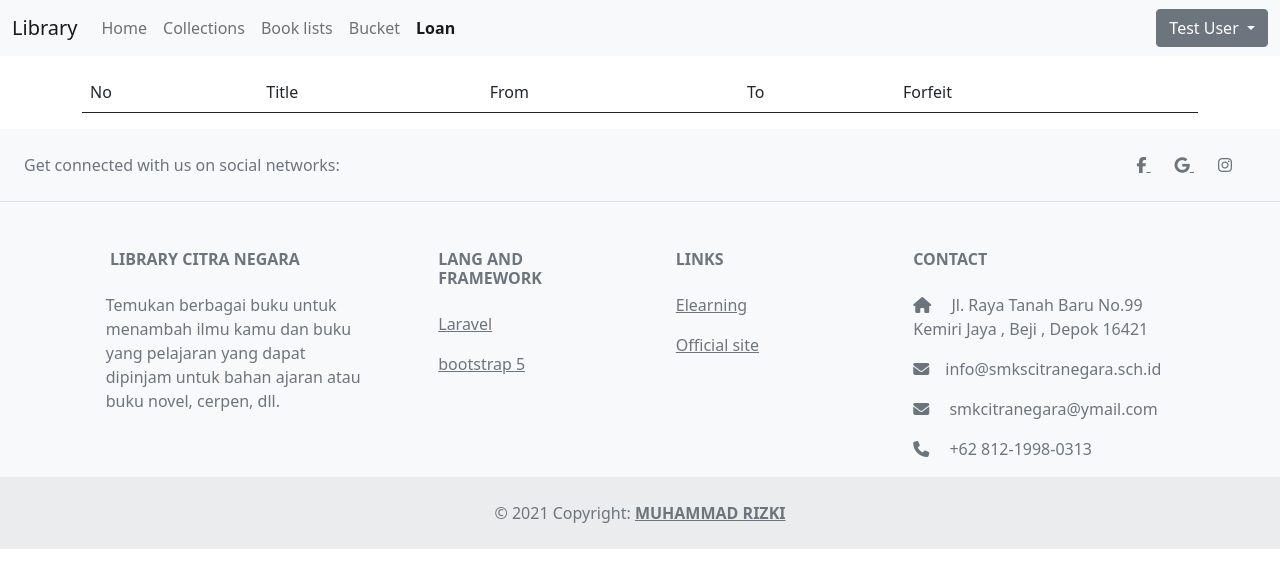
Repository: humanrizki/app-perpus-laravel-8
Page: http://localhost/loan
These files come from the project's save history. The page is drawn as it stood at one moment and after the next save; the edit follows.
The browser window is 1280 px wide. The pictures show the whole page.
Some web libraries are served in a nearby version. The page is served by the project's Laravel application, run on PHP 8.4 with Laravel 8. A made-up administrator, Test User (test@example.com), is signed in. Queries for data that is not in the repository find no rows.

Above is the page before, as saved 2021-12-01 15:55:19.

After the next save:
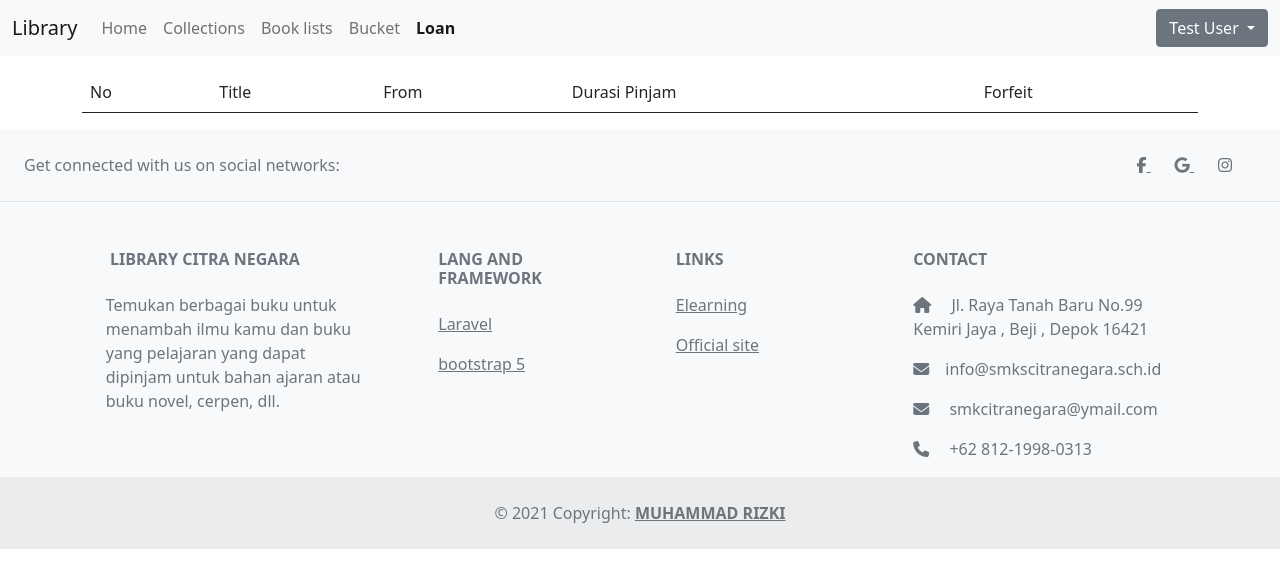
Saved 25 s later.
--- a/resources/views/loan/index.blade.php
+++ b/resources/views/loan/index.blade.php
@@ -7,7 +7,7 @@
                     <td>No</td>
                     <td>Title</td>
                     <td>From</td>
-                    <td>To</td>
+                    <td>Durasi Pinjam</td>
                     <td>Forfeit</td>
                 </tr>
             </thead>
